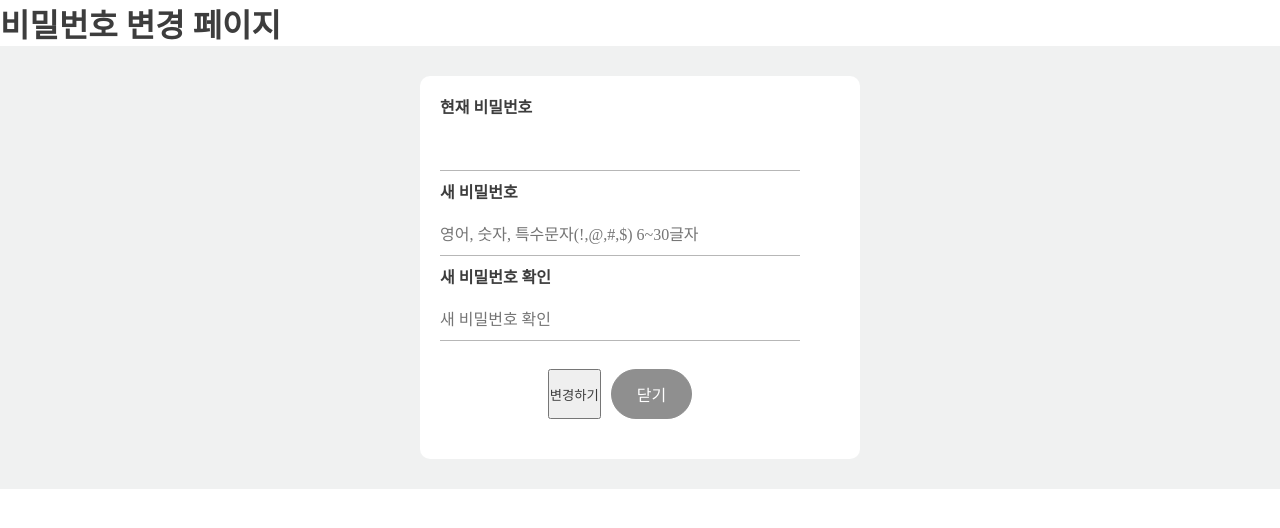
Repository: Godzilla-Man/codingStudy
Page: http://localhost/server_06_notice/member/pwChgFrm
These files come from the project's save history. The page is drawn as it stood at one moment and after the next save; the edit follows.
The browser window is 1280 px wide. The pictures show the whole page.
Some web fonts or font styles are not loaded; a fallback is used. The page is served by Tomcat 9. Other server files are loaded and not shown.

Above is the page before, as saved 2025-05-07 03:10:41.

### server_06_notice/src/main/webapp/WEB-INF/views/member/pwChg.jsp
<%@ page language="java" contentType="text/html; charset=UTF-8"
    pageEncoding="UTF-8"%>
<!DOCTYPE html>
<html>
<head>
<meta charset="UTF-8">
<title>Insert title here</title>

<link rel="stylesheet" href="/resources/css/default.css">
<script src="https://code.jquery.com/jquery-3.7.1.min.js"></script>
<script src="/resources/js/sweetalert.min.js"></script>

<style>
	.wrap {
		min-width: 400px;
		min-height: 400px;
	}
	.pw-container {
		display: flex;
		align-items: center;
	}
	.section {
		width: 400px;
		margin : 0 auto;
		display : flex;
		justifry-content : center;
	}
	.pw-info-wrap {
		width : 90%;
	}
	.input-wrap {
		margin-bottom : 10px;
	}
	.pw-btn {
		margin : 20px 0px;
		text-align : center;
		display : flex;
		justify-content : center;
		gap : 10px;
	}
	pw-btn>button {
		width : 40%;
	}
</style>

</head>
<body>
	<h1>비밀번호 변경 페이지</h1>
</body>
	<div class="wrap">
		<main class="content pw=container">
			<section class="section">
				<div class="pw-info-wrap">
					<form id="pwChgForm" action="/member/pwChg" method="post" onsubmit="return validateForm()">

						<div class="input-wrap">
							<div class="input-title">
								<label for="memberPw">현재 비밀번호</label>
							</div>
							<div class="input-item">
								<%-- 서블릿에서 세션에 등록된 회원의 비밀번호와 일치하는지 검증하기 위해, name 속성 작성하여 서버로 전송 --%>
								<input type="password" id="memberPw" name="memberPw">
							</div>
						</div>

						<div class="input-wrap">
							<div class="input-title">
								<label for="newMemberPw">새 비밀번호</label>
							</div>
							<div class="input-item">
								<input type="password" id="newMemberPw" name="newMemberPw" placeholder="영어, 숫자, 특수문자(!,@,#,$) 6~30글자">
							</div>
						</div>

						<div class="input-wrap">
							<div class="input-title">
								<label for="newMemberPwRe">새 비밀번호 확인</label>
							</div>
							<div class="input-item">
								<input type="password" id="newMemberPwRe" name="newMemberPwRe" placeholder="새 비밀번호 확인">
							</div>
							<p id="pwMessage" class="input-msg"></p>
						</div>

						<div class="pw-btn">
							<button type="submit" class="btn=primary lg">변경하기</button>
							<button type="button" onclick="closeFn()" class="btn-secondary lg">닫기</button>
						</div>

					</form>
				</div>
			</section>
		</main>
	</div>

	<script>
	function validateForm(){

		//새 비밀번호가 정규표현식 패턴에 만족하는지?
		const regExp = /^[a-zA-Z0-0!@#$]{6,30}$/; //영어, 숫자, 특수문자 (!@#$) 6~30글자

		if(!regExp.test($('#newMemberPw').val())){
			swal({
				title : "알림",
				text : "새 비밀번호가 유효하지 않습니다.",
				icon : "warning"
			});

			return false;

		}

		//새 비밀번호와 새 비밀번호 확인값이 같은지?

		if($('#newMemberPw').val() != $('#newMemberPwRe').val()){
			swal({
				title : "알림",
				text : "새 비밀번호와 새 비밀번호 확인 값이 일치하지 않습니다.",
				icon : "warning"
			});
		}
	}
	</script>
</html>

### server_06_notice/src/main/java/kr/or/iei/member/controller/PwChgFrmServlet.java
package kr.or.iei.member.controller;

import java.io.IOException;

import javax.servlet.RequestDispatcher;
import javax.servlet.ServletException;
import javax.servlet.annotation.WebServlet;
import javax.servlet.http.HttpServlet;
import javax.servlet.http.HttpServletRequest;
import javax.servlet.http.HttpServletResponse;

/**
 * Servlet implementation class PwChgFrmServlet
 */
@WebServlet("/member/pwChgFrm")
public class PwChgFrmServlet extends HttpServlet {
	private static final long serialVersionUID = 1L;

    /**
     * @see HttpServlet#HttpServlet()
     */
    public PwChgFrmServlet() {
        super();
        // TODO Auto-generated constructor stub
    }

	/**
	 * @see HttpServlet#doGet(HttpServletRequest request, HttpServletResponse response)
	 */
	protected void doGet(HttpServletRequest request, HttpServletResponse response) throws ServletException, IOException {
		//1. 인코딩 - 필터
		//2. 값 추출
		//3. 로직
		//4. 결과 처리
			RequestDispatcher view = request.getRequestDispatcher("/WEB-INF/views/member/pwChg.jsp");
			view.forward(request, response);
	}

	/**
	 * @see HttpServlet#doPost(HttpServletRequest request, HttpServletResponse response)
	 */
	protected void doPost(HttpServletRequest request, HttpServletResponse response) throws ServletException, IOException {
		// TODO Auto-generated method stub
		doGet(request, response);
	}

}

### server_06_notice/src/main/webapp/resources/css/default.css


:root {
  /*main color*/
  --main1: #3d3d3d;
  --main2: #6059f7;
  --main3: #6592fe;
  --main4: #36c3fe;
  --main5: #8c61ff;
  /*box-bg*/
  --box-bg: #f0f1f1;
  /*gray*/
  --gray1: #222222;
  --gray2: #555555;
  --gray3: #717171;
  --gray4: #8f8f8f;
  --gray5: #b7b7b7;
  --gray6: #d6d6d6;
  --gray7: #efefef;
  --gray8: #ffffff;

  /*line-color*/
  --line1: #222222;
  --line2: #d6d6d6;
  --line3: #eaeced;
  --line4: #f6f6f6;
  --line5: #f8f9fa;
}
@font-face {
  font-family: ns-l;
  src: url(/resources/resources/font/NotoSansKR-Light.ttf);
}
@font-face {
  font-family: ns-r;
  src: url(/resources/font/NotoSansKR-Regular.ttf);
}
@font-face {
  font-family: ns-b;
  src: url(/resources/font/NotoSansKR-Bold.ttf);
}
@font-face {
  font-family: ns-black;
  src: url(/resources/font/NotoSansKR-Black.ttf);
}
* {
  margin: 0;
  padding: 0;
  outline: 20;
  font-family: ns-r;
  list-style-type: none;
  color : var(--main1);
}
a {
  text-decoration: none;
}
.wrap {
  min-height: 100vh;
  display: flex;
  flex-direction: column;
  min-width: 800px;
  position: relative;
  background-color: var(--box-bg);
}

.header {
  background-color: var(--main2);
  width: 100%;
  position: sticky;
  top: 0;
  z-index:1;
}
.header > div {
  padding: 10px;
  max-width: 1400px;
  margin: 0 auto;
  display: flex;
  align-items: center;
}
.header a {
  color: var(--gray8);
}
.logo {
  margin-right: 24px;
}
.logo > a {
  font-family: ns-black;
  font-size: 28px;
}
.nav {
  flex: 1;

}
.nav > ul {
  display: flex;
  align-items: center;
}
.nav > ul > li {
  margin: 0px 15px;
  position: relative;

}
.nav a,
.user-menu a {
  transition-duration: 0.3s;
}

.nav a:hover,
.user-menu a:hover {
  color: var(--gray1);
}

.nav .sub-menu {
  display: none;
  position: absolute;
  width: 130px;
  background-color: #fff;
  border: 1px solid var(--main2);
  border-radius: 5px;
  left: 10px;
  z-index: 1;
}

.sub-menu > li > a {
  color: var(--main2);
  padding: 10px;
  display: block;
}
.nav > ul > li:hover > .sub-menu {
  display: block;
}
.sub-menu > li > a:hover {
  background-color: var(--main2);
  color: var(--gray8);
}
.user-menu {
  display: flex;
}
.user-menu > li {
  margin-left: 20px;
}

.content {
  width: 100%;
  max-width: 1400px;
  margin: 30px auto;
  flex: 1;

}
.page-title {
  font-weight : bold;
  padding: 30px;
  text-align: center;
  font-family: ns-b;
  font-size: 20px;
  color: var(--main2);
}
.footer {
  background-color: var(--gray6);
}
.footer > div {
  max-width: 1400px;
  padding: 20px 10px;
  margin: 0 auto;
}
.footer > div > p {
  margin: 10px 0px;
  font-family: ns-b;
  font-size: 16px;
}

section.section {
  padding: 20px;
  border-radius: 10px;
  background-color: var(--gray8);
}
section.section.bg-section {
  background-color: var(--box-bg);
}

[class^="btn-"] {
  cursor: pointer;
  font-size: 14px;
  padding: 9px 20px;
  border: none;
  border-radius: 5px;
  font-family: ns-b;
}
.btn-primary {
  border: 1px solid var(--main3);
  background-color: var(--main3);
  color: var(--gray8);
}
.btn-primary:hover {
  background-color: rgba(101, 146, 254, 0.9);
}
.btn-secondary {
  border: 1px solid var(--gray4);
  background-color: var(--gray4);
  color: var(--gray8);
}
.btn-secondary:hover {
  background-color: rgba(143, 143, 143, 0.9);
}
.btn-point {
  border: 1px solid var(--main5);
  background-color: var(--main5);
  color: var(--gray8);
}
.btn-point:hover {
  background-color: rgba(140, 97, 255, 0.9);
}
.btn-primary.outline {
  color: var(--main3);
  background-color: var(--gray8);
}
.btn-primary.outline:hover {
  background-color: rgba(101, 146, 254, 0.2);
}
.btn-secondary.outline {
  color: var(--gray4);
  background-color: var(--gray8);
}
.btn-secondary.outline:hover {
  background-color: rgba(143, 143, 143, 0.2);
}
.btn-point.outline {
  color: var(--main5);
  background-color: var(--gray8);
}
.btn-point.outline:hover {
  background-color: rgba(140, 97, 255, 0.2);
}
[class^="btn-"].sm {
  padding: 5px 10px;
  font-family: ns-r;
  font-size: 12px;
}
[class^="btn-"].md {
  padding: 7px 15px;
  font-size: 14px;
  border-radius: 20px;
}
[class^="btn-"].lg {
  padding: 12px 25px;
  font-size: 16px;
  border-radius: 25px;
}

.tbl {
  border-top: 1px solid var(--main3);
  width: 100%;
  border-spacing: 0;
}
.tbl th,
.tbl td {
  text-align: center;
  border-bottom: 1px solid var(--line2);
  padding: 10px 20px;
}
.tbl th.left,
.tbl td.left {
  text-align: left;
}
.tbl th {
  background-color: rgba(101, 146, 254, 0.2);
}
.tbl.tbl-hover tbody > tr:hover {
  cursor: pointer;
  background-color: rgba(101, 146, 254, 0.1);
}
.input-wrap {
  display: flex;
  flex-direction: column;
}
.input-wrap > .input-title {
  margin-bottom: 10px;
  font-size: 16px;
  font-weight: bold;
  line-height: 1.5;
}
.input-item {
  display: flex;
  gap: 10px;
}
.input-item > input {
  flex: 1;
  font-size: 16px;
  line-height: 1.5;
  border: none;
  border-bottom: 1px solid var(--gray5);
  padding: 8px 0px;
}
.input-item + .input-msg {
  position: relative;
  margin-top: 8px;
  padding-left: 24px;
  color: var(--gray3);
  font-size: 14px;
  line-height: 1.5;
}
.input-item + .input-msg::before {
  content: "";
  display: block;
  position: absolute;
  left: 0;
  top: 0;
  bottom: 0;
  width: 20px;
  background: url(/resources/images/icon_info.svg) no-repeat center / contain;
}
.input-item + .input-msg.valid {
  color: #1065dc;
}
.input-item + .input-msg.valid::before {
  background: url(/resources/images/icon_info_success.svg) no-repeat center / contain;
}
.input-item + .input-msg.invalid {
  color: #ff3d00;
}
.input-item + .input-msg.invalid::before {
  background: url(/resources/images/icon_info_warning.svg) no-repeat center / contain;
}

.input-item > textarea {
  width: 100%;
  height: 156px;
  padding: 15px;
  resize: none;
  font-size: 16px;
  line-height: 24px;
  border: 1px solid var(--line2);
}

.input-wrap > input[type="checkbox"] {
  display: none;
}
.input-wrap > input[type="checkbox"] + label {
  position: relative;
  display: block;
  flex-grow: 1;
  padding: 8px 0 8px 30px;
  cursor: pointer;
}
.input-wrap > input[type="checkbox"] + label::before {
  content: "";
  display: block;
  position: absolute;
  left: 0;
  top: 8px;
  width: 24px;
  height: 24px;
  color: var(--main3);
  border-radius: 50%;
  background: url(/resources/images/icon_check.png) no-repeat center / 20px;
}
.input-wrap > input[type="checkbox"]:checked + label::before {
  background: url(/resources/images/icon_check_active.png) no-repeat center / 20px;
}

.input-wrap > input[type="radio"] {
  display: none;
}
.input-wrap > input[type="radio"] + label {
  position: relative;
  display: block;
  flex-grow: 1;
  padding: 8px 0 8px 30px;
  cursor: pointer;
}
.input-wrap > input[type="radio"] + label::before {
  content: "";
  display: block;
  position: absolute;
  left: 0;
  top: 8px;
  width: 24px;
  height: 24px;
  color: var(--main3);
  border-radius: 50%;
  background: url(/resources/images/icon_check.png) no-repeat center / 20px;
}
.input-wrap > input[type="radio"]:checked + label::before {
  background: url(/resources/images/icon_check_active.png) no-repeat center / 20px;
}
.select {
  flex: 1;
  position: relative;
  border: 1px solid var(--line2);
  border-radius: 5px;
  background: #fff url(/resources/images/icon_arrow_down.svg) no-repeat right 12px center / 12px;
  overflow: hidden;
}
.select > select {
  width: 100%;
  padding: 8px 12px;
  font-size: 16px;
  line-height: 1.5;
  cursor: pointer;
  appearance: none;
  background-color: transparent;
  border: 0;
}
.modal-bg {
  background-color: rgba(0, 0, 0, 0.4);
  position: fixed;
  width: 100vw;
  height: 100vh;
  top: 0;
  left: 0;
  display: none;
  justify-content: center;
  align-items: center;
}
.modal-bg.open {
  display: flex;
}
.modal-container {
  background-color: var(--gray8);
  padding: 40px 20px;
  width: 500px;
  display: flex;
  flex-direction: column;
  border-radius: 10px;
  gap: 20px;
  box-sizing: border-box;
  position: relative;
}
.modal-title {
  font-size: 20px;
  font-family: ns-b;
  line-height: 30px;
  text-align: center;
}
.modal-main {
  flex: 1;
  overflow-y: auto;
  padding: 0px 30px;
}
.modal-content {
  max-height: 200px;
}
.modal-btn-area {
  display: flex;
  gap: 13px;
  justify-content: center;
}
.modal-close-btn {
  position: absolute;
  top: 20px;
  right: 20px;
  font-size: 30px;
  cursor: pointer;
}

.posting-wrap{
	overflow: hidden;
	padding: 10px;
}
.posting-wrap>.posting-item{
	box-sizing: border-box;
	width : 335px;
	float: left;
	padding : 30px

}
.posting-item>a{
	display : block;
}
.posting-item:hover{
	box-shadow: 0 2px 10px 0 rgba(0, 0, 0, 0.2);
}
.posting-img{
	height: 200px;
}
.posting-img>img{
	width:100%;
	height:100%;
	object-fit:contain;
}
.posting-info{
	margin: 10px auto;
	width: 75%
}
.posting-title{
	font-size : 18px;
	font-family : ns-b;
	white-space: nowrap;
	overflow: hidden;
	text-overflow: ellipsis;
}

.pagination {
  list-style-type: none;
  display: flex;
  justify-content: center;
  align-items: center;
}
.posting-sub-info{
	margin : 10px 0px;
	display: flex;
	justify-content: space-between;
}
.posting-sub-info>span{
	font-size: 14px;
	font-family: ns-b;
}

.pagination > li {
  width: 40px;
  height: 40px;
  text-align: center;
  line-height: 40px;
  overflow: hidden;
}
.pagination.circle-style > li {
  border-radius: 50%;
}
.pagination > li > a.page-item {
  display: block;
  width: 100%;
  height: 100%;
  font-size: 18px;
}
.pagination > li > a.page-item > span.material-icons {
  display: block;
  width: 100%;
  height: 100%;
  line-height: 40px;
}
.pagination .page-item.active-page {
  background-color: var(--main2);
  color: #fff;
}

### server_06_notice/src/main/webapp/resources/images/icon_info.svg
<svg fill="#717171" clip-rule="evenodd" fill-rule="evenodd" stroke-linejoin="round" stroke-miterlimit="2" viewBox="0 0 24 24" xmlns="http://www.w3.org/2000/svg"><path d="m12.002 2.005c5.518 0 9.998 4.48 9.998 9.997 0 5.518-4.48 9.998-9.998 9.998-5.517 0-9.997-4.48-9.997-9.998 0-5.517 4.48-9.997 9.997-9.997zm0 1.5c-4.69 0-8.497 3.807-8.497 8.497s3.807 8.498 8.497 8.498 8.498-3.808 8.498-8.498-3.808-8.497-8.498-8.497zm0 6.5c-.414 0-.75.336-.75.75v5.5c0 .414.336.75.75.75s.75-.336.75-.75v-5.5c0-.414-.336-.75-.75-.75zm-.002-3c.552 0 1 .448 1 1s-.448 1-1 1-1-.448-1-1 .448-1 1-1z" fill-rule="nonzero"/></svg>

Loaded but not shown: server_06_notice/src/main/webapp/resources/js/sweetalert.min.js (library)

After the next save:
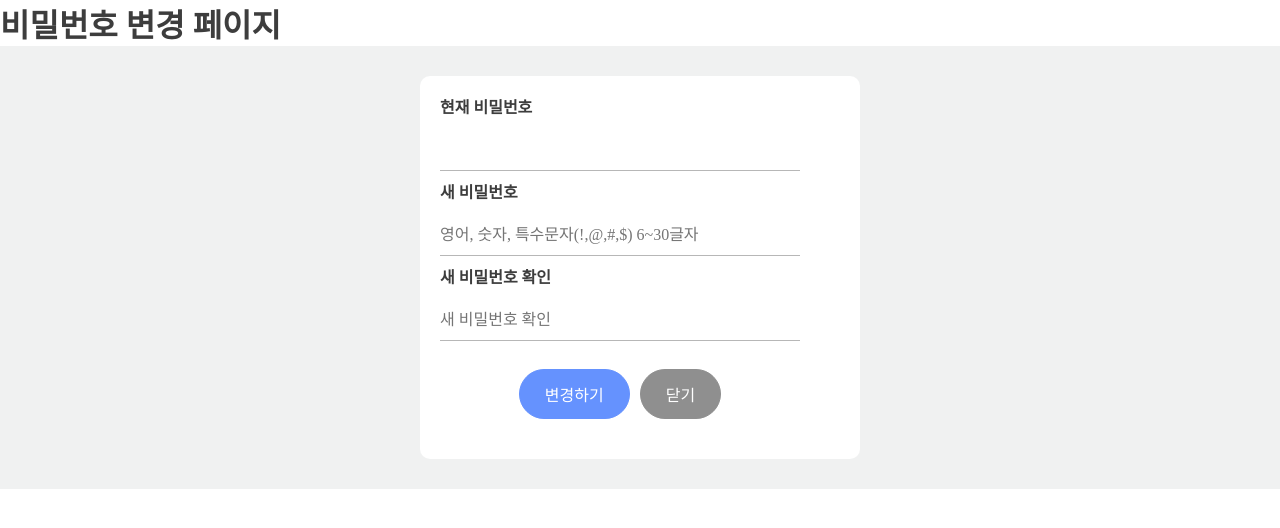
Saved 6 s later.
--- a/server_06_notice/src/main/webapp/WEB-INF/views/member/pwChg.jsp
+++ b/server_06_notice/src/main/webapp/WEB-INF/views/member/pwChg.jsp
@@ -83,7 +83,7 @@
 						</div>
 
 						<div class="pw-btn">
-							<button type="submit" class="btn=primary lg">변경하기</button>
+							<button type="submit" class="btn-primary lg">변경하기</button>
 							<button type="button" onclick="closeFn()" class="btn-secondary lg">닫기</button>
 						</div>
 
